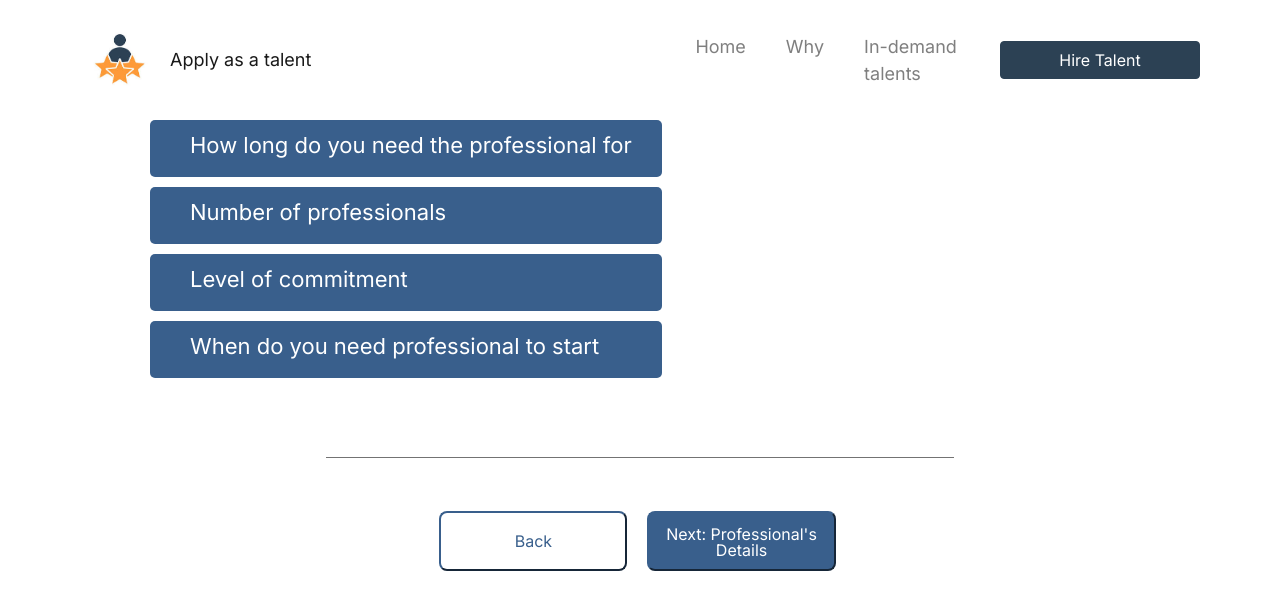
Repository: Ashwe9/talent-hire-reactJs
Page: /professionaldetails
These files come from the project's save history. The page is drawn as it stood at one moment and after the next save; the edit follows.
The browser window is 1280 px wide. The pictures show the whole page.
The project was rebuilt for these pictures with package versions that can differ from the ones it lists, and the page was loaded fresh each time. Also part of the build but not shown: src/homePage/components/TrustedBy/TrustedBy.css, src/homePage/components/TrustedBy/TrustedBy.js, src/homePage/components/Roles/Roles.css, src/homePage/components/Roles/Roles.js, src/homePage/components/homePageFooter/HomePageFooter.css, src/homePage/components/homePageFooter/HomePageFooter.js, src/homePage/HomePage.js, src/kpisPage/Header.css and 10 more.

Above is the page before, as saved 2022-08-20 13:59:14.

After the next save:
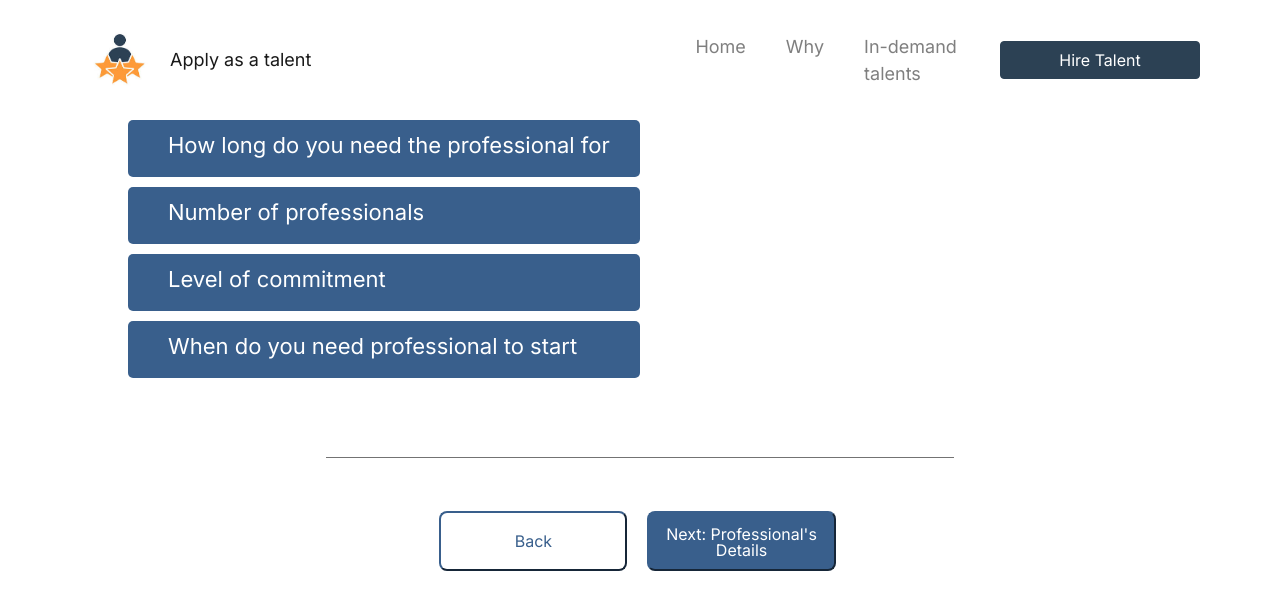
Saved 6 s later.
--- a/src/professionalDetails/DropDown.css
+++ b/src/professionalDetails/DropDown.css
@@ -7,7 +7,7 @@
     display: flex;
     cursor: pointer;
     margin-bottom: 10px;
-    margin-left: 150px;
+    margin-left: 10%;
 
 }
 
